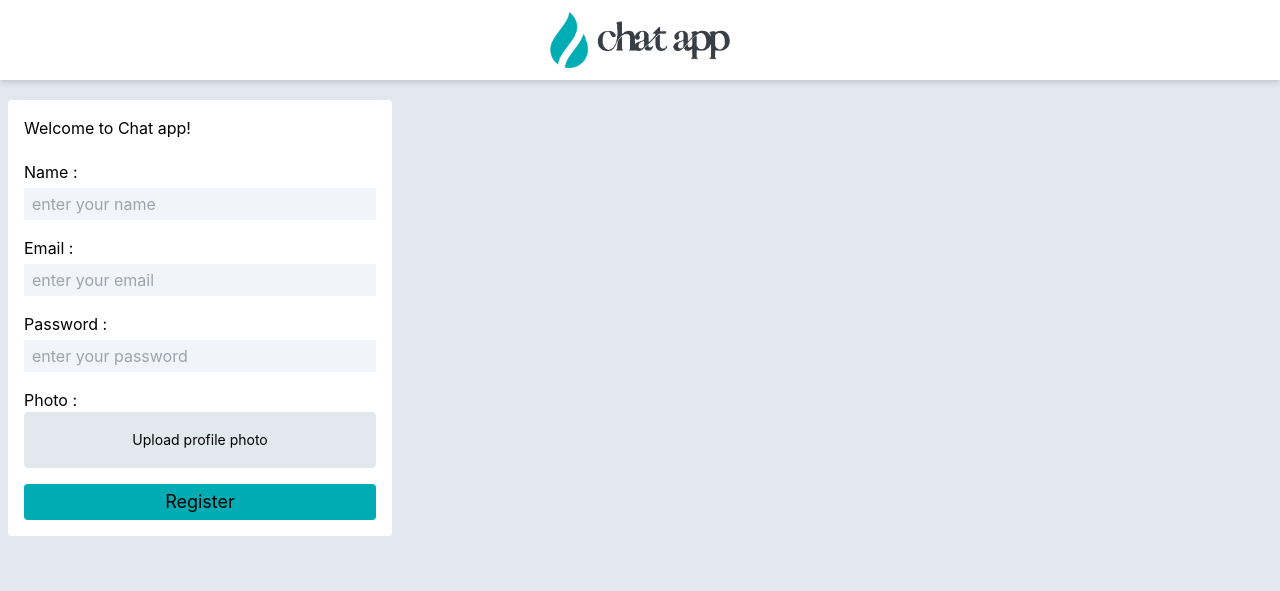
Repository: TharsikanV/chat-app
Page: /register (app in client/)
The author's editor kept a copy of each file at every save. The page is drawn from the files as they stood at one save, then again after the next save.
The browser window is 1280 px wide. The pictures show the whole page.
The project was rebuilt for these pictures with package versions that can differ from the ones it lists, and the page was loaded fresh each time. Also part of the build but not shown: client/src/App.css, client/src/pages/Home.js, client/src/components/MessagePage.js. Imported but missing from the stored project, and not drawn on this page: client/src/pages/CheckEmailPage, client/src/pages/CheckPasswordPage.

Above is the page before, as saved 2024-06-16 21:22:48.

After the next save:
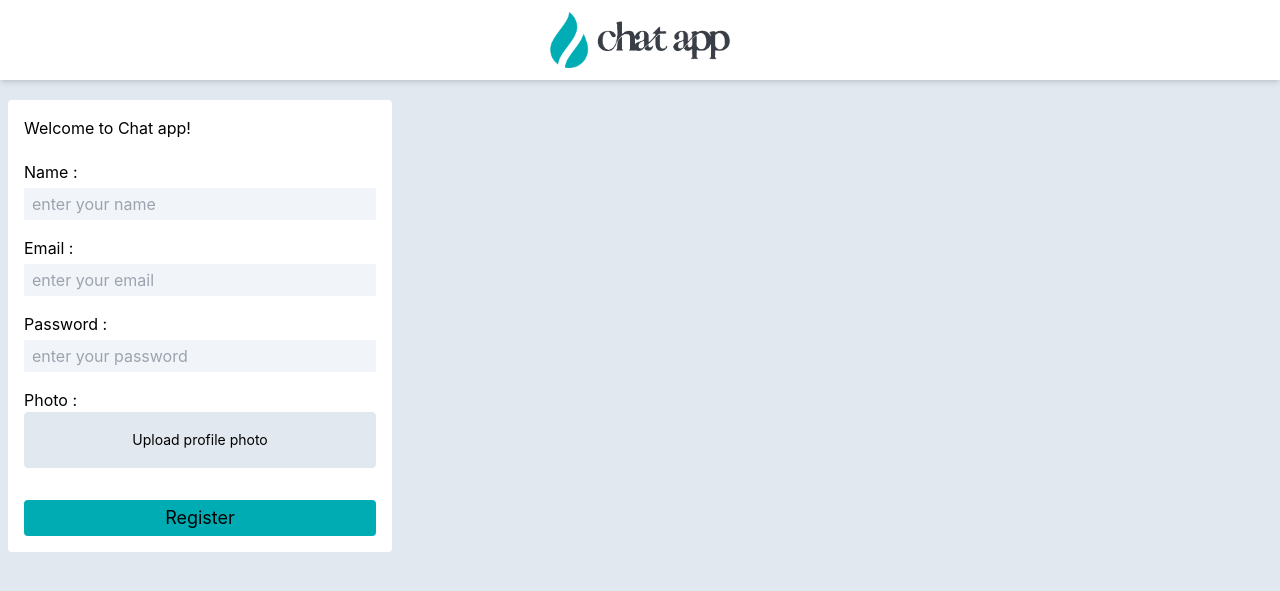
Saved 16 s later.
--- a/client/src/pages/RegisterPage.js
+++ b/client/src/pages/RegisterPage.js
@@ -110,7 +110,7 @@ const RegisterPage = () => {
                 />
               </div>
 
-              <button className='bg-primary text-lg px-4 py-1 hover:bg-secondary rounded'>
+              <button className='bg-primary text-lg px-4 py-1 hover:bg-secondary rounded mt-4'>
                   Register
               </button>
       </form>
